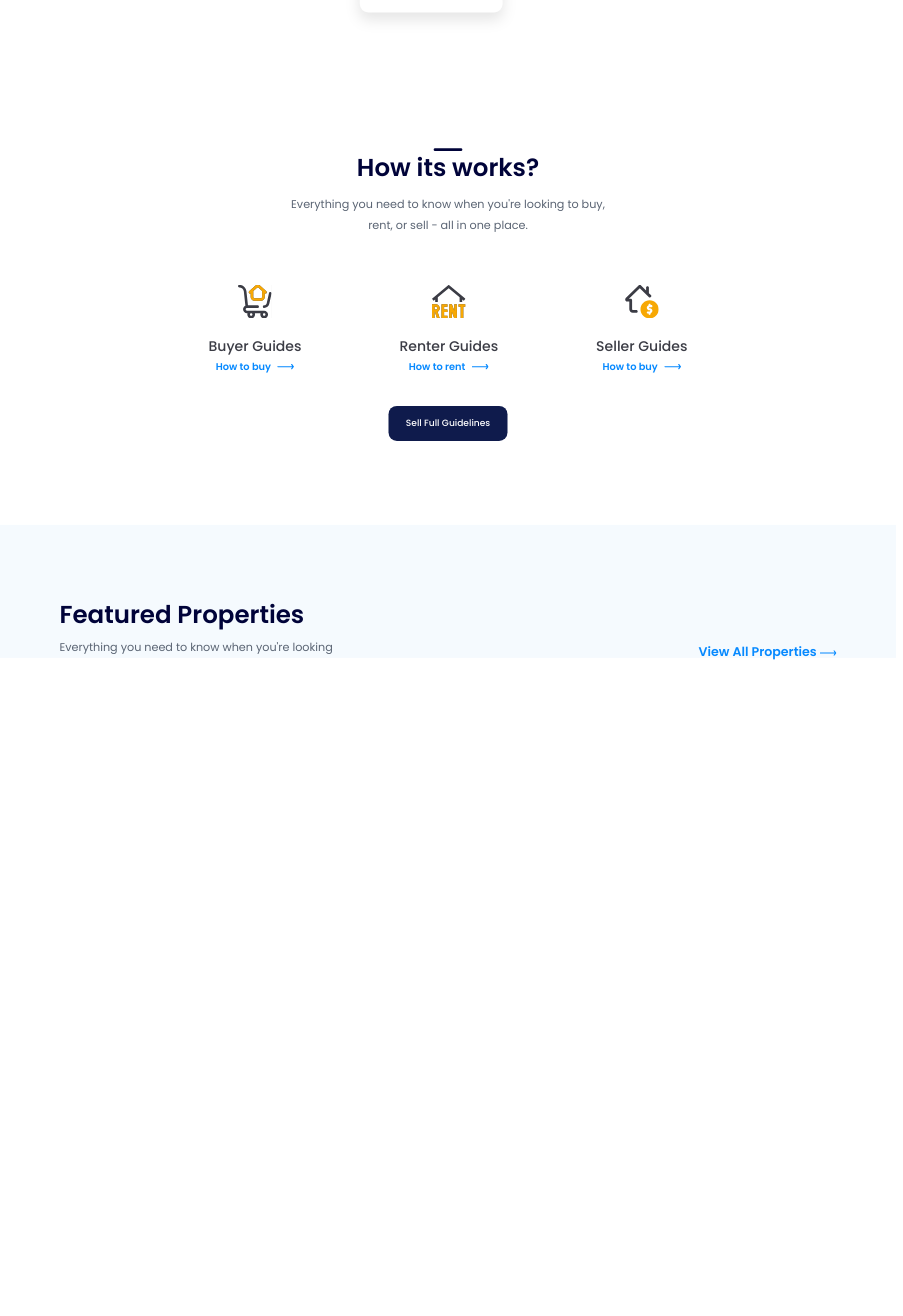
Repository: Phu2992/htmlcss-f8-01
Page: index.html
These files come from the project's save history. The page is drawn as it stood at one moment and after the next save; the edit follows.
The browser window is 1280 px wide. The page is 1290 px wide, so the pictures cover 1290 px, including what lies to the right of the window. The pictures show the part of the page from y = 1057 to 2937 px (the page is 4000 px tall), at 70% of full size.

Above is the page before, as saved 2024-09-27 21:16:52.

After the next save:
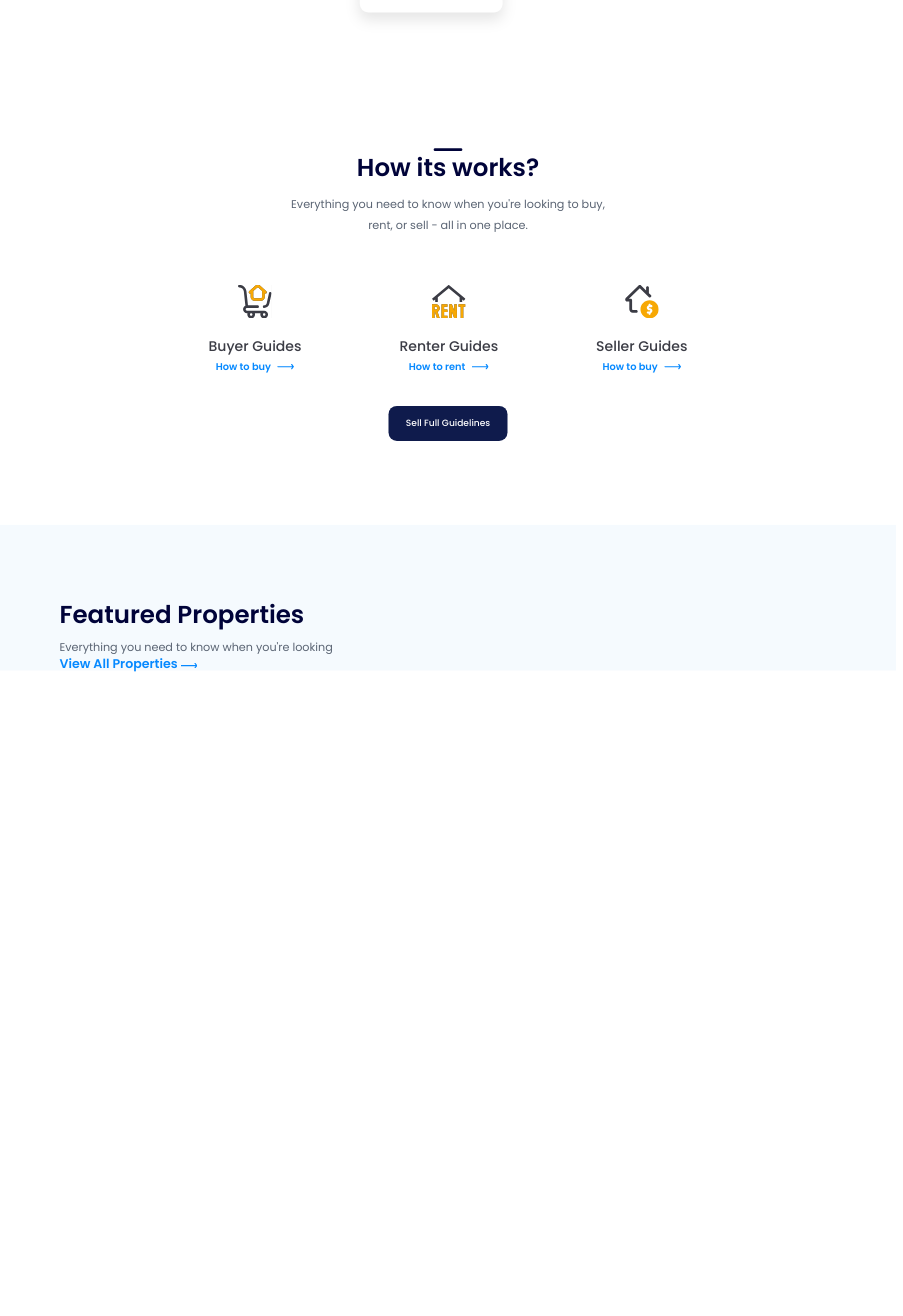
Saved 14 min 56 s later.
--- a/assets/css/styles.css
+++ b/assets/css/styles.css
@@ -272,9 +272,9 @@
 }
 
 .featured-decs {
-    display: flex;
+    /* display: flex;
     justify-content: space-between;
-    align-items: flex-end;
+    align-items: flex-end; */
 }
 
 .featured .decs {
